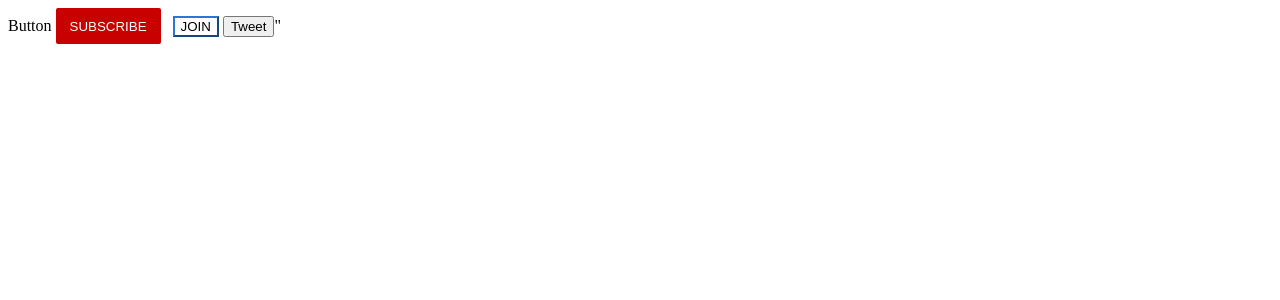
Repository: knowledgeAlan/css-lession-project
Page: lesson-03/buttons.html
These files come from the project's save history. The page is drawn as it stood at one moment and after the next save; the edit follows.
The browser window is 1280 px wide. The pictures show the whole page.

Above is the page before, as saved 2024-01-09 19:43:10.

### lesson-03/buttons.html
<html>
    <head>Button</head>
    <title>Button</title>


    <style>
        .subscribe-button{
            background-color: rgb(200, 0, 0);
            color: white;
            border: none;
            height: 36px;
            width: 105px;
            border-radius: 2px;
            cursor: pointer;
            margin-right: 8px;
            transition: opacity 0.15s;

        }

        .subscribe-button:hover{
            opacity: 0.8;
        }


        .subscribe-button:active {
            opacity: 0.5;
        }

        .join-button {
            background-color: white;
            border-color:rgb(41, 118, 211) ;

        }
    </style>
    <body>

        <button class="subscribe-button">
            SUBSCRIBE
        </button>


        <button class="join-button">
            JOIN
        </button>

        <button class="tweet-button" >
            Tweet
        </button>"
    </body>
</html>

After the next save:
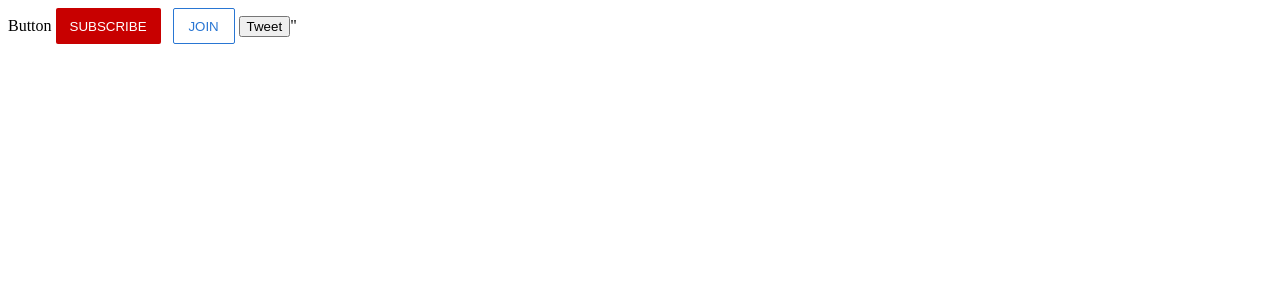
Saved 5 min 36 s later.
--- a/lesson-03/buttons.html
+++ b/lesson-03/buttons.html
@@ -29,6 +29,14 @@
         .join-button {
             background-color: white;
             border-color:rgb(41, 118, 211) ;
+            border-style: solid ;
+            border-width: 1px;
+            color: rgb(41, 118, 211);
+            height: 36px;
+            width: 62px;
+            border-radius: 2px ;
+            cursor: pointer;
+            transition: background-color 0.15s, color 0.15s;
 
         }
     </style>
